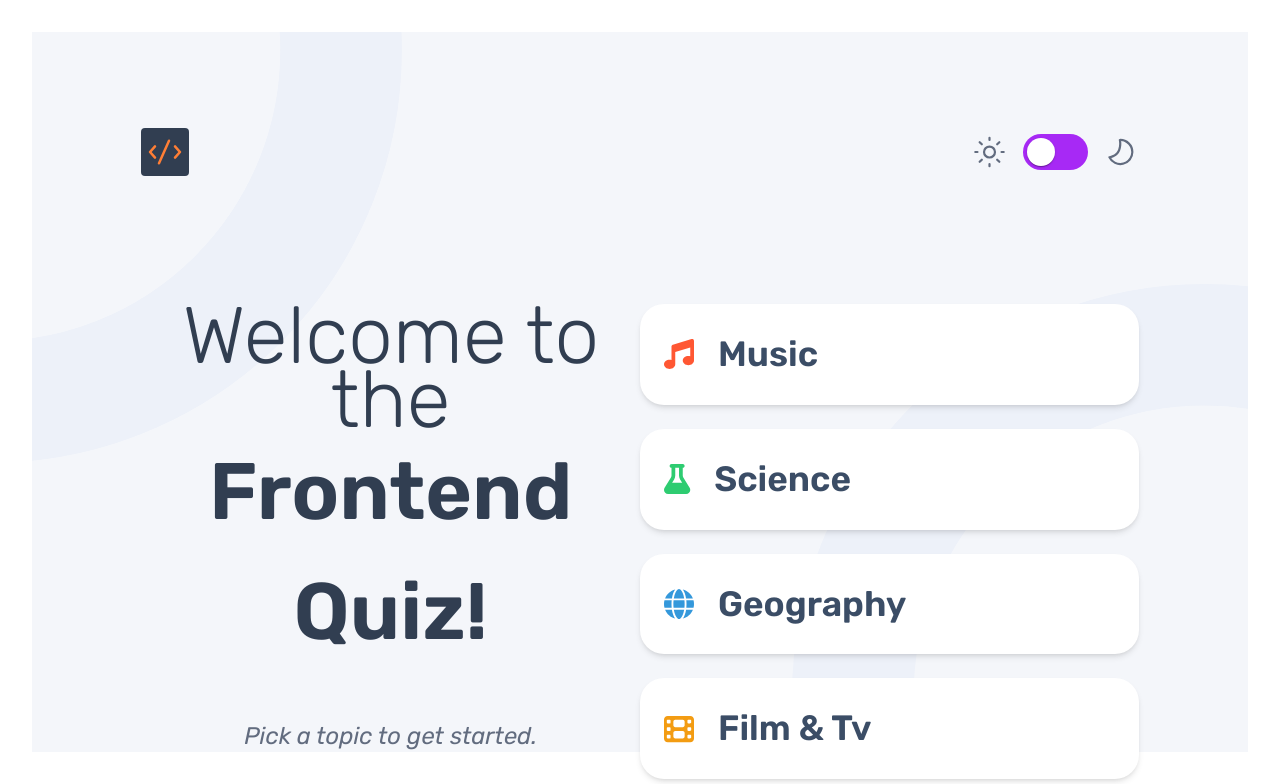
Repository: Shenixo/QuizApp
Page: /
An editor plug-in stored every save of this project. The page is shown before and after the next save, followed by the edit.
The browser window is 1280 px wide. The pictures show the whole page.
The project was rebuilt for these pictures with package versions that can differ from the ones it lists, and the page was loaded fresh each time. Also part of the build but not shown: vite.config.js.

Above is the page before, as saved 2025-03-31 14:51:07.

After the next save:
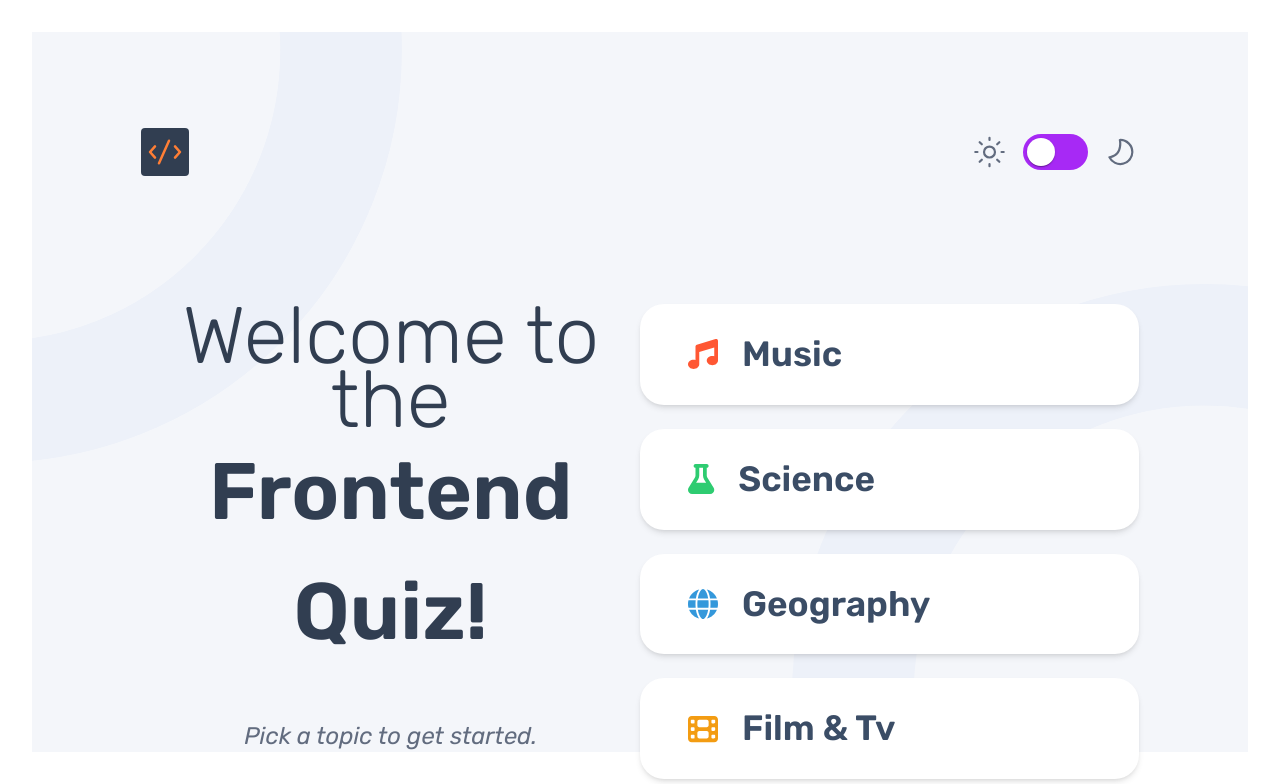
Saved 94 s later.
--- a/src/Components/Option/Option.jsx
+++ b/src/Components/Option/Option.jsx
@@ -29,7 +29,10 @@
             transition-all duration-500 ease-in-out shadow-md shadow-[rgba(0,0,0,0.1)]
             p-6 rounded-[1.5rem] cursor-pointer capitalize text-[2.2rem] font-semibold flex items-center gap-6
           `}
-        >
+          >
+              <div>
+
+              </div>
           <FontAwesomeIcon icon={icon} className={`text-3xl ${color}`} />
           {option}
         </li>

After the 2 saves that followed:
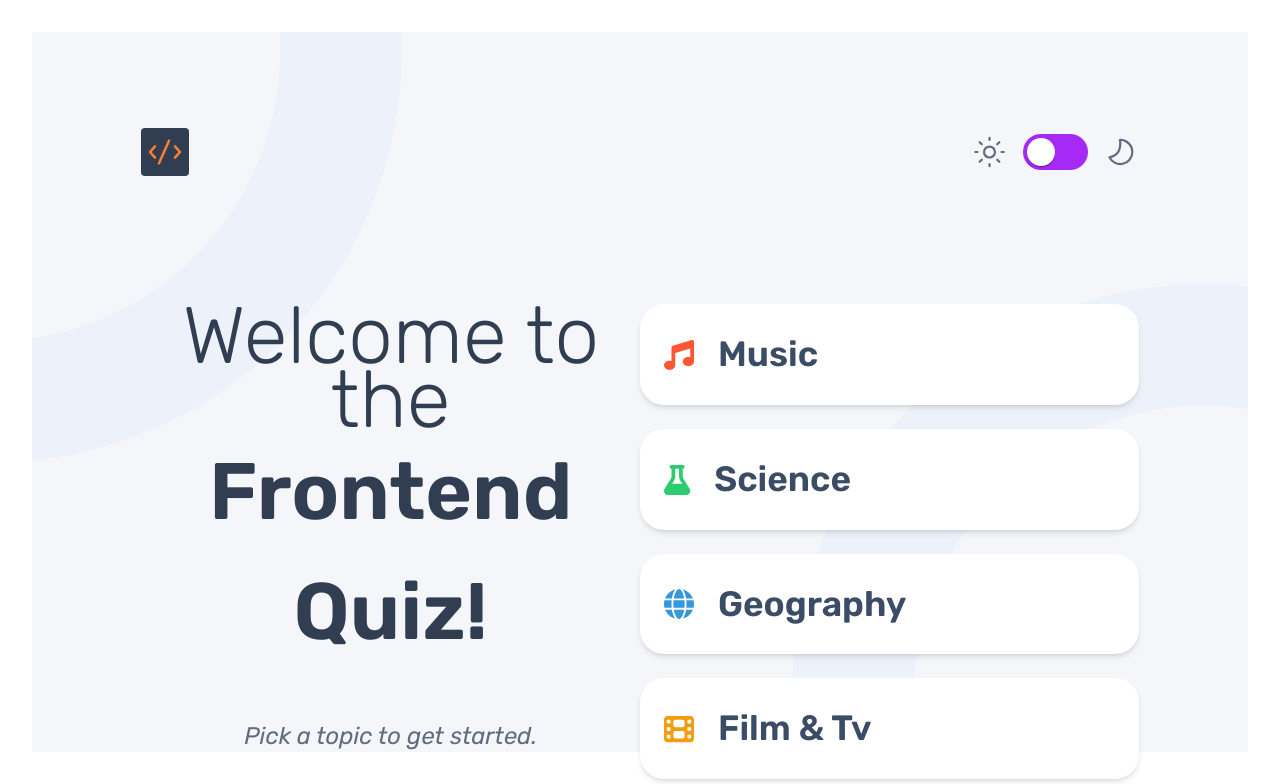
The 2 saves are shown as one change because they came seconds apart.
The last was saved 13 s later.
--- a/src/Components/Option/Option.jsx
+++ b/src/Components/Option/Option.jsx
@@ -29,11 +29,10 @@
             transition-all duration-500 ease-in-out shadow-md shadow-[rgba(0,0,0,0.1)]
             p-6 rounded-[1.5rem] cursor-pointer capitalize text-[2.2rem] font-semibold flex items-center gap-6
           `}
-          >
-              <div>
-
-              </div>
-          <FontAwesomeIcon icon={icon} className={`text-3xl ${color}`} />
+        >
+          <div>
+            <FontAwesomeIcon icon={icon} className={`text-3xl ${color}`} />
+          </div>
           {option}
         </li>
       ))}
